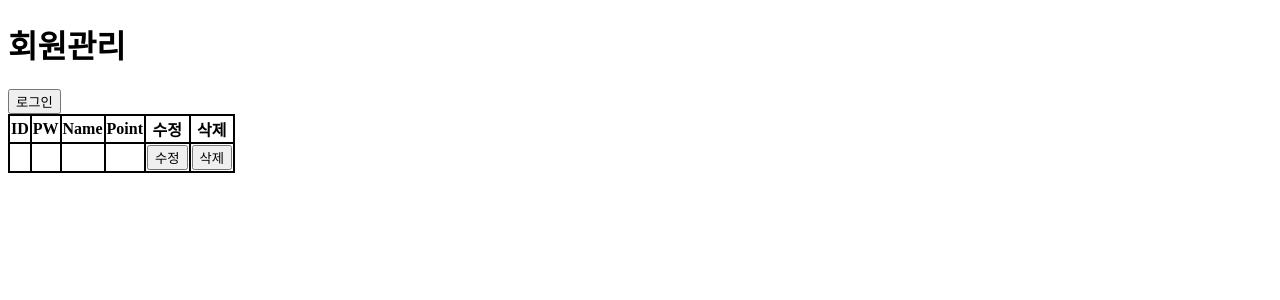
Repository: euniiee/test11
Page: http://localhost/Project/memList.jsp
These files come from the project's save history. The page is drawn as it stood at one moment and after the next save; the edit follows.
The browser window is 1280 px wide. The pictures show the whole page.
The page is served by Tomcat 9.

Above is the page before, as saved 2023-02-01 01:41:38.

After the next save:
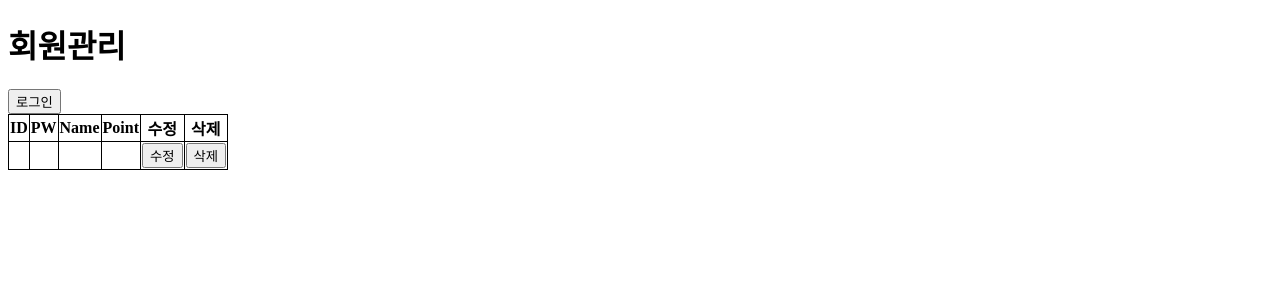
Saved 9 s later.
--- a/Project/WebContent/memList.jsp
+++ b/Project/WebContent/memList.jsp
@@ -10,7 +10,7 @@
 		border-collapse : collapse;
 	}
 	table, th, td {
-		border: 2px solid black;
+		border: 1px solid black;
 	}
 </style>
 </head>
